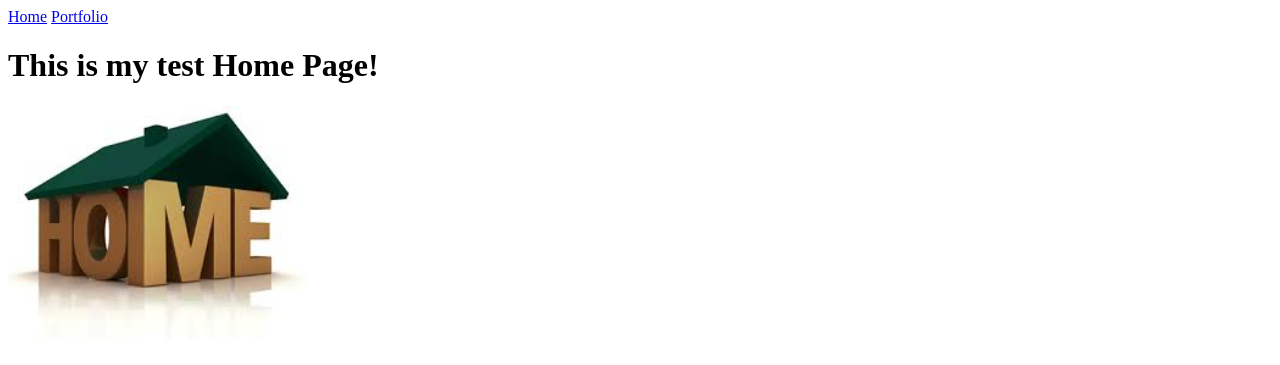
Repository: Fry-Rice/Fry-Rice.github.io
Page: my_website/index.html
The author's editor kept a record of every edit. The page is drawn from the files as they stood at one moment, then again after the next edit.
The browser window is 1280 px wide. The pictures show the whole page.

Above is the page before.

After the next edit:
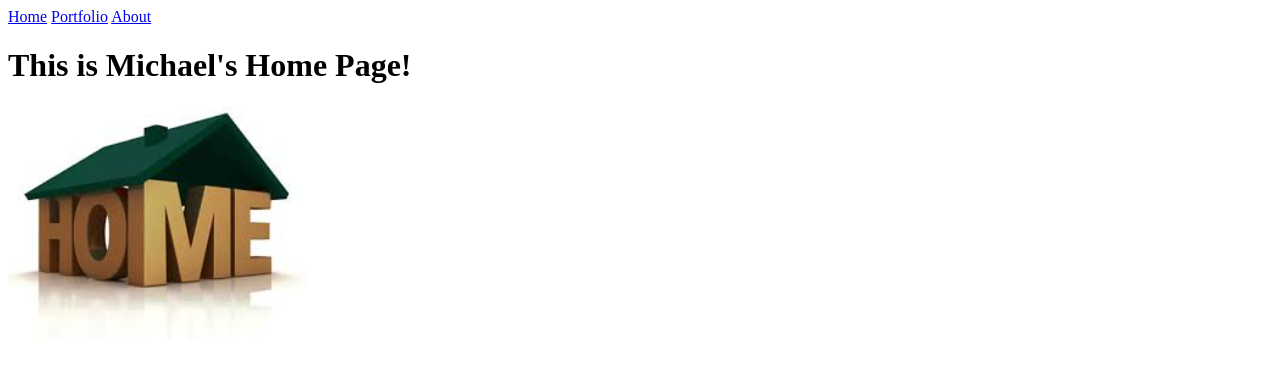
The edit:
--- a/my_website/index.html
+++ b/my_website/index.html
@@ -7,7 +7,8 @@
   <body>
     <a href="index.html">Home</a>
     <a href="portfolio.html">Portfolio</a>
-    <h1>This is my test Home Page!</h1>
+    <a href="about.html">About</a>
+    <h1>This is    Michael's Home Page!</h1>
     <img src="images/home.jpg" height="250">
   </body>
 </html>
